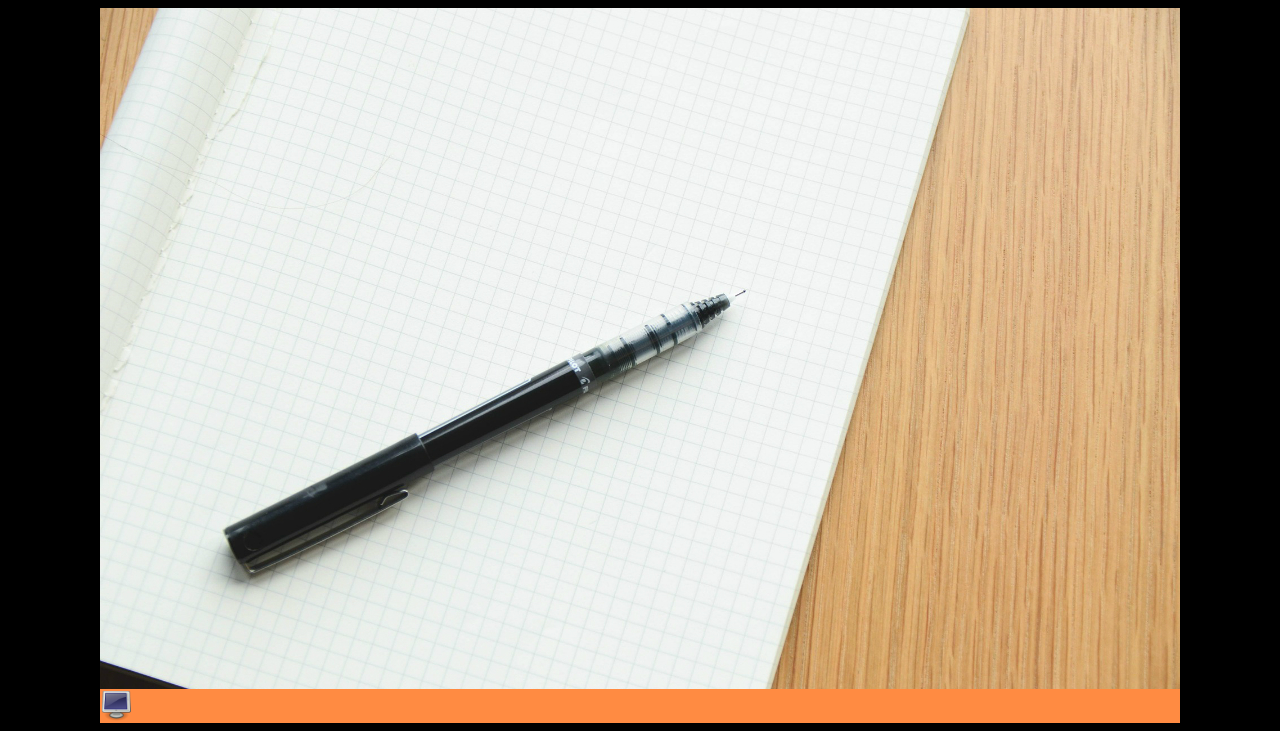
Repository: jc222fi/1dv403-laborationer
Page: 5-pwd/index.html
The author's editor kept a record of every edit. The page is drawn from the files as they stood at one moment, then again after the next edit.
The browser window is 1280 px wide. The pictures show the whole page.
After loading, the first visible `a` was clicked once.

Above is the page before.
Console error: ReferenceError: divContainer is not defined

After the next edit:
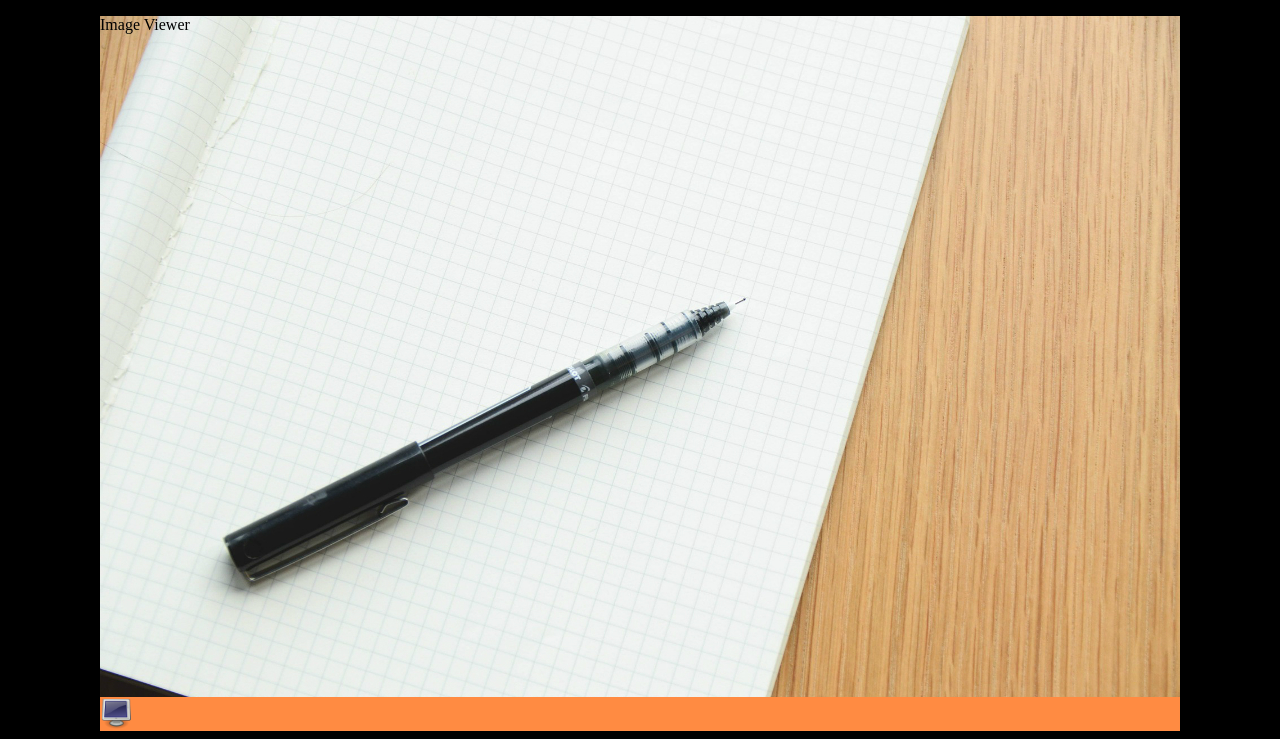
The error is gone.
The edit:
--- a/5-pwd/script.js
+++ b/5-pwd/script.js
@@ -27,7 +27,7 @@
         var windowHeader = document.createElement("p");
 
         windowDiv.appendChild(windowHeader);
-        divContainer.appendChild(windowDiv);
+        containerDiv.appendChild(windowDiv);
 
         windowHeader.innerHTML = "Image Viewer";
         //console.log(divContainer);
